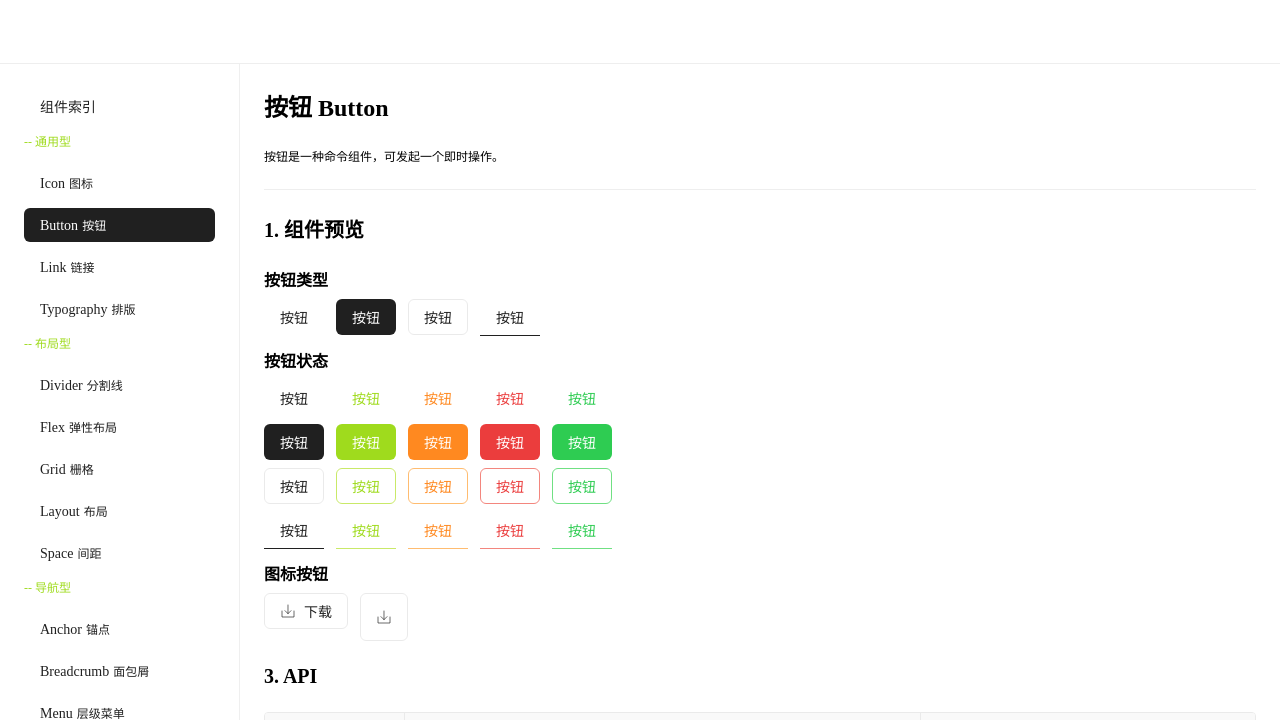
Repository: suminhan007/LandDesign
Page: /
An editor plug-in stored every save of this project. The page is shown before and after the next save, followed by the edit.
The browser window is 1280 px wide. The pictures show the whole page.
An inner scrolling area shows only its first screen. The project was rebuilt for these pictures with package versions that can differ from the ones it lists, and the page was loaded fresh each time. Also part of the build but not shown: vite.config.ts, packages/Pop.tsx, example/components/ComponentPreview.tsx, example/components/IconExample.tsx.

Above is the page before, as saved 2024-03-17 19:15:27.

After the next save:
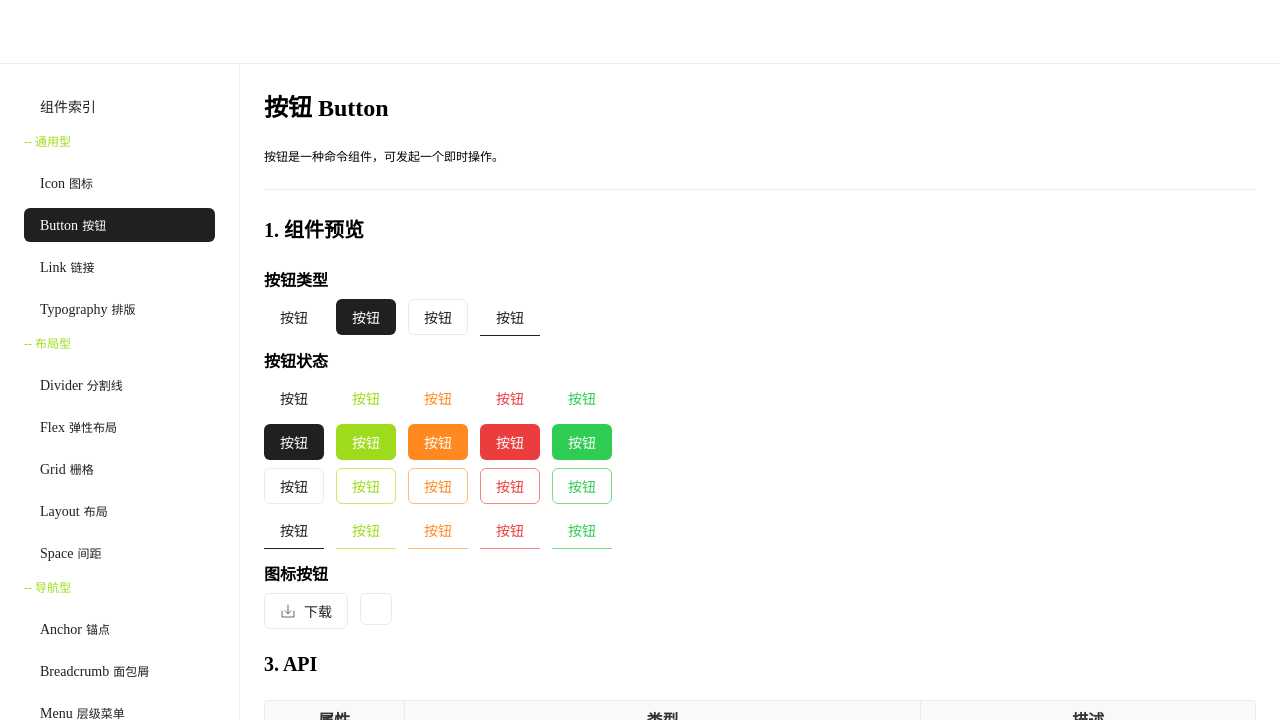
Saved 13 s later.
--- a/packages/Button.tsx
+++ b/packages/Button.tsx
@@ -204,8 +204,8 @@ const StyledButton = styled.div<{
     }
 
     &.iconOnly {
-      width: var(--size-48);
-      height: var(--size-48);
+      width: var(--size-32);
+      height: var(--size-32);
     }
     &.disabled {
       opacity: var(--opacity-68);
